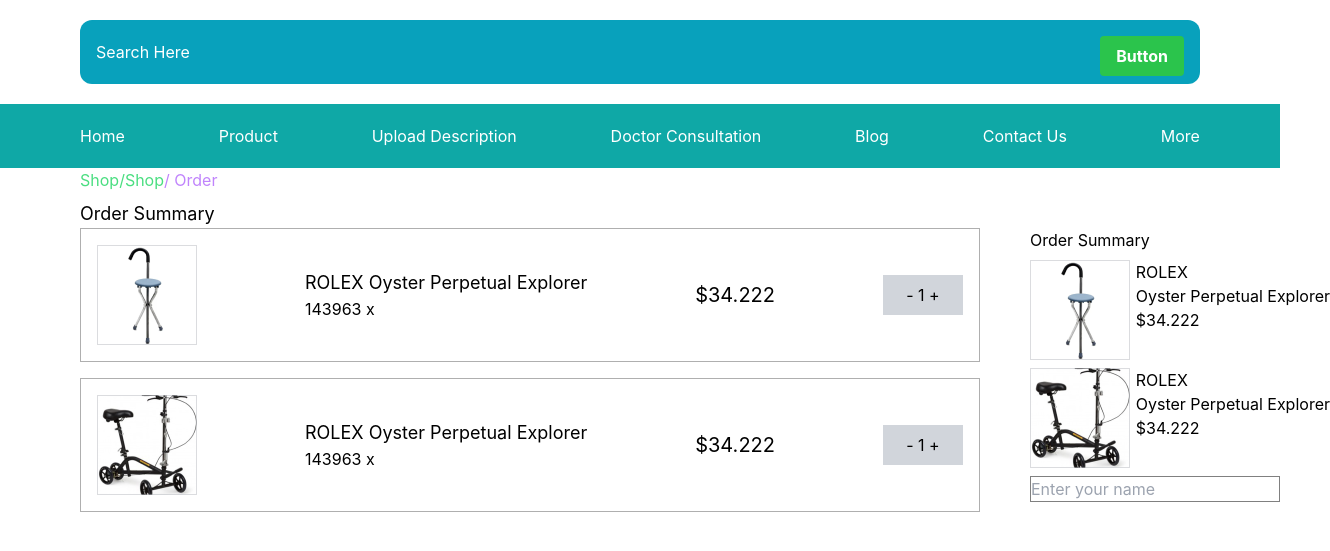
Repository: arafatmollah/pharma
Page: /
The author's editor kept a copy of each file at every save. The page is drawn from the files as they stood at one save, then again after the next save.
The browser window is 1280 px wide. The page is 1330 px wide, so the pictures cover 1330 px, including what lies to the right of the window. The pictures show the whole page.
The project was rebuilt for these pictures with package versions that can differ from the ones it lists, and the page was loaded fresh each time.

Above is the page before, as saved 2023-03-12 22:15:48.

### src/App.js

import './App.css';
import Nav from './Nav';
import Order from './Order';

function App() {
  return (
    <div className="App">
      <Nav></Nav>
      <Order></Order>
    </div>
  );
}

export default App;

### src/App.css
.box-border{
    background-color: #08A1BC;
}
.btn {
    @apply font-bold py-2 px-4 rounded;
    background-color: #2BC44C;
    color: white;
  }
  .btn-blue {
    @apply bg-blue-500 text-white;
  }
  .btn-blue:hover {
    @apply bg-blue-700;
  }
.nav{
    background-color: #0FA8A6;
}
.order{
    border: 1px solid rgb(175, 175, 175);
    border: 100%;
}
.list{
  display: grid;
  grid-template-columns: 900px 300px;
  grid-gap: 50px;
}
.form{
  border: 1px solid gray;
}

### src/Nav.js
import React from 'react'
import './App.css';

function Nav() {
  return (
    <div>
        <div className='box-border h-16 w-100 p-4 mx-20 my-5 rounded-xl'>
          <div className='flex justify-between align-middle'>
                <p className='text-white mt-1'>Search Here</p>
                <button class="btn mb-1"> Button</button>
          </div>
        </div>
        <div className='box-border h-16 w-100 nav'>
            <div className='flex mx-20 items-center justify-between text-white'>
            <div className='mt-5'>Home</div>
            <div className='mt-5'> Product</div>
            <div className='mt-5'>Upload Description</div>
            <div className='mt-5'>Doctor Consultation</div>
            <div className='mt-5'>Blog</div>
            <div className='mt-5'>Contact Us</div>
            <div className='mt-5'>More</div>
            </div>
        </div>
    </div>
  )
}

export default Nav

### src/Order.js
import React from 'react'
import img from './images/img.png'
import im from './images/im.png'

function order() {
  return (
    <div>
        <div className='flex mx-20'>
            <p className='text-green-400'>Shop</p>
            <p className='text-green-400'>/Shop</p>
            <p className='text-purple-400'>/ Order</p>
        </div>
        <div className='mt-2 mx-20'>
          <h3 className='text-lg'>Order Summary</h3>
        </div>
        <div className='mx-20 list'>
          <div>
          <div className='flex border-box p-4 w-100 order justify-center items-center justify-between'>
            <div>
              <img src={img}></img>
            </div>
            <div>
              <h1 className='text-lg'>ROLEX Oyster Perpetual Explorer</h1>
              <p>143963 x</p>
            </div>
            <div>
              <h3 className='text-xl'>$34.222</h3>
            </div>
            <div className='bg-gray-300 h-10 w-20 flex justify-center items-center'>
                - 1 +
              </div>
          </div>
          <div className='flex border-box p-4 order mt-4 justify-between justify-center items-center'>
            <div>
              <img src={im}></img>
            </div>
            <div>
              <h1 className='text-lg'>ROLEX Oyster Perpetual Explorer</h1>
              <p>143963 x</p>
            </div>
            <div>
              <h3 className='text-xl'>$34.222</h3>
            </div>
            <div>
              <div className='bg-gray-300 h-10 w-20 flex justify-center items-center'>
                - 1 +
              </div>
            </div>
          </div>
          </div>
          <div>
            Order Summary
          <div className='flex justify-between my-2'>
            <img src={img}></img>
            <div>
              <p>ROLEX</p>
              <h3>Oyster Perpetual Explorer</h3>
              <p>$34.222</p>
            </div>
          </div>
          <div className='flex justify-between my-2'>
            <img src={im}></img>
            <div>
              <p>ROLEX</p>
              <h3>Oyster Perpetual Explorer</h3>
              <p>$34.222</p>
            </div>
          </div>
          <div>
            <form>
              <input type={Text} className="form" placeholder="Enter your name"></input>
            </form>
          </div>
        </div>
        </div>

    </div>
  )
}

export default order

Loaded but not shown: public/index.html (common file); src/index.js (common file); src/index.css (common file); src/reportWebVitals.js (common file); tailwind.config.js (common file)

After the next save:
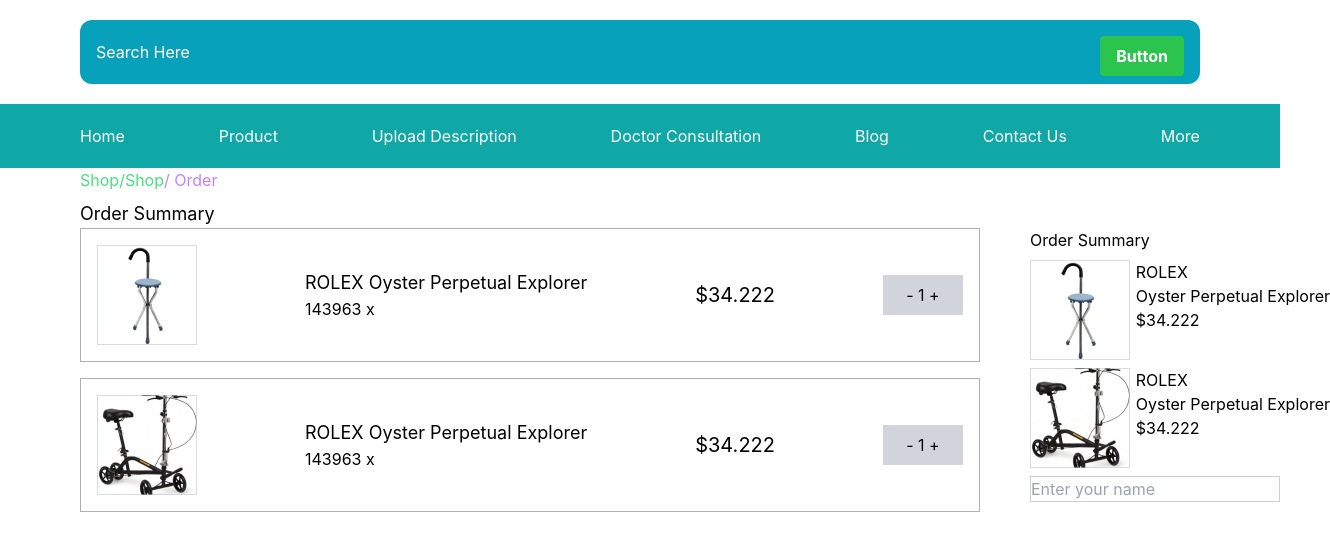
Saved 4 s later.
--- a/src/App.css
+++ b/src/App.css
@@ -25,5 +25,5 @@
   grid-gap: 50px;
 }
 .form{
-  border: 1px solid gray;
+  border: 1px solid rgb(207, 205, 205);
 }
